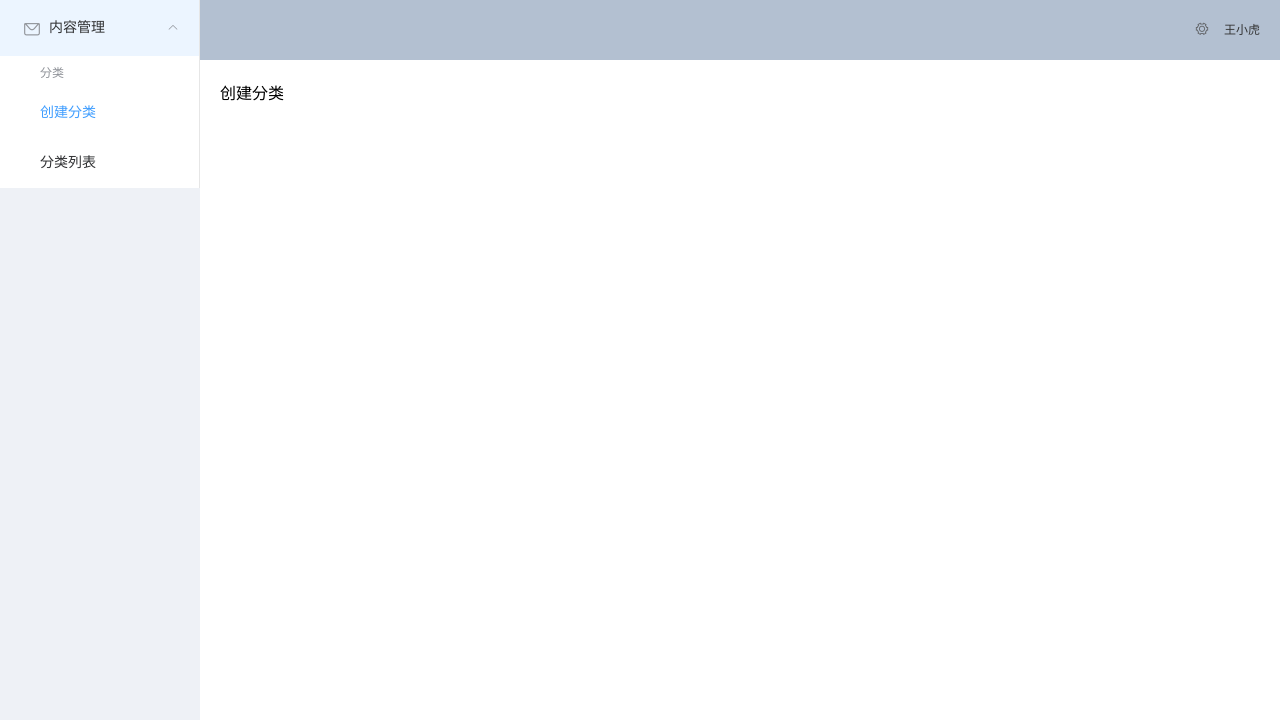
Repository: 2648121127/nodeStudy
Page: /categories/create (app in node-vue-rongyao/admin/)
An editor plug-in stored every save of this project. The page is shown before and after the next save, followed by the edit.
The browser window is 1280 px wide. The pictures show the whole page.
The project was rebuilt for these pictures with package versions that can differ from the ones it lists, and the page was loaded fresh each time.

Above is the page before, as saved 2020-01-03 15:55:10.

After the next save:
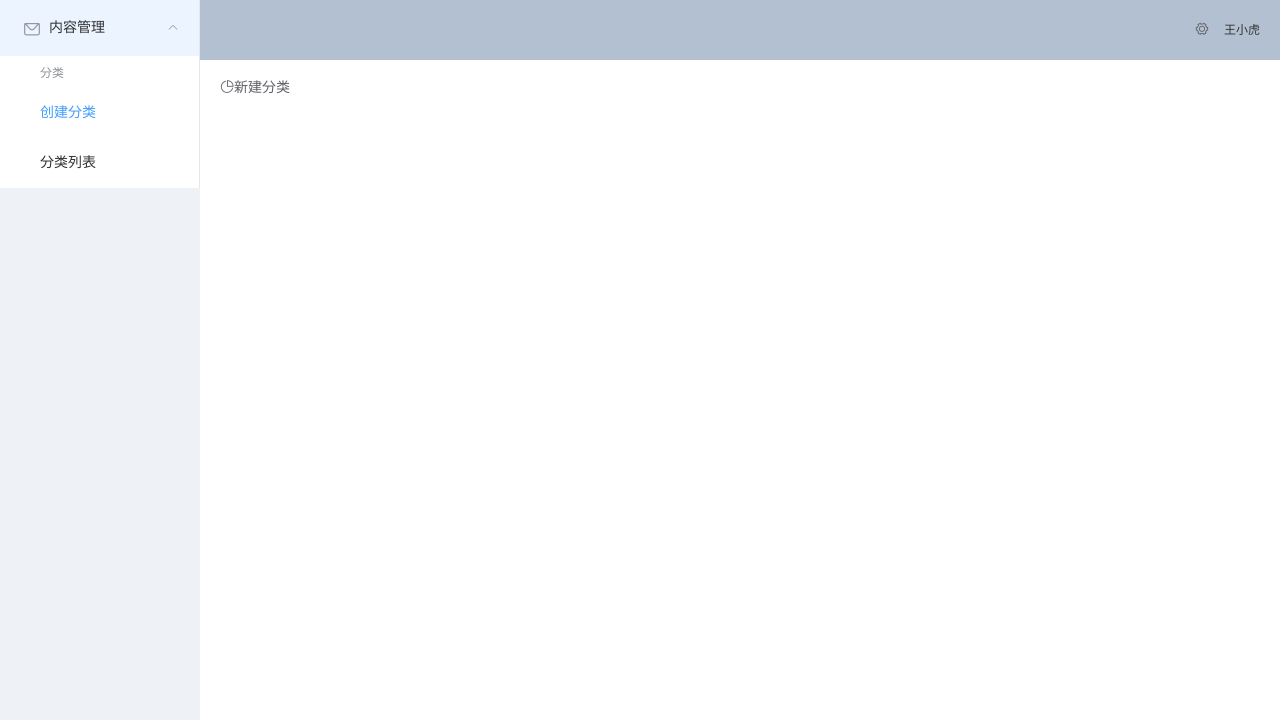
Saved 12 min 12 s later.
--- a/node-vue-rongyao/admin/src/views/CategoryEdit.vue
+++ b/node-vue-rongyao/admin/src/views/CategoryEdit.vue
@@ -1,5 +1,9 @@
 <template>
     <div>
-        创建分类
+        <div class="crumbs">
+            <el-breadcrumb separator="/">
+                <el-breadcrumb-item><i class="el-icon-pie-chart"></i>新建分类</el-breadcrumb-item>
+            </el-breadcrumb>
+        </div>
     </div>
 </template>
